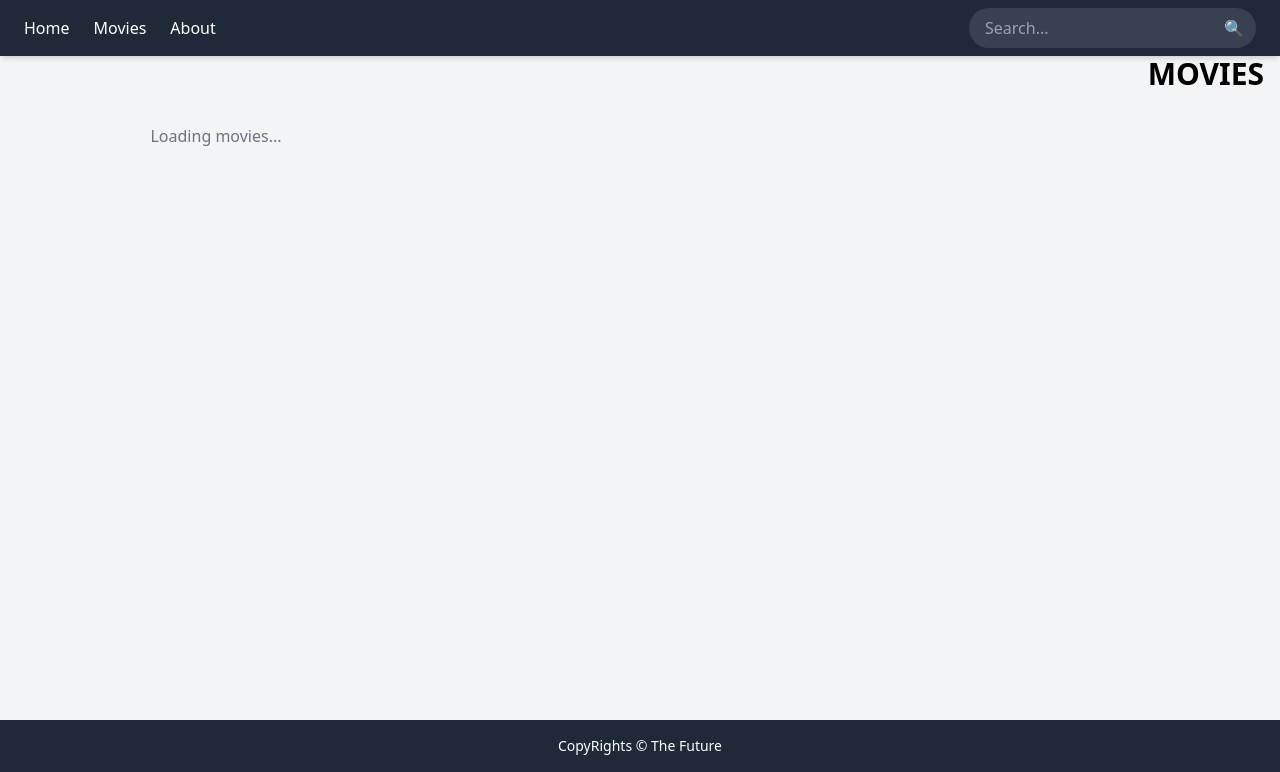
Repository: TheSecretlifeOfX/Movie-Rating
Page: /movies
An editor plug-in stored every save of this project. The page is shown before and after the next save, followed by the edit.
The browser window is 1280 px wide. The pictures show the whole page.
The page's requests for data from a server got no answer. The project was rebuilt for these pictures with package versions that can differ from the ones it lists, and the page was loaded fresh each time. The framework's server and built-in components were replaced by stand-ins that run in the browser. No one was signed in, and anything a server would have sent is missing. Also part of the build but not shown: next.config.ts.

Above is the page before, as saved 2024-11-29 08:46:57.

### app/layout.tsx
import type { Metadata } from "next";
import localFont from "next/font/local";
import "./globals.css";
import NavBar from "./components/NavBar";
import Footer from "./components/Footer";

const geistSans = localFont({
  src: "./fonts/GeistVF.woff",
  variable: "--font-geist-sans",
  weight: "100 900",
});
const geistMono = localFont({
  src: "./fonts/GeistMonoVF.woff",
  variable: "--font-geist-mono",
  weight: "100 900",
});

export const metadata: Metadata = {
  title: "Create Next App",
  description: "Generated by create next app",
};

export default function RootLayout({
  children,
}: Readonly<{
  children: React.ReactNode;
}>) {
  return (
    <html lang="en">
      <body
        className={`${geistSans.variable} ${geistMono.variable} antialiased`}
      >
       <nav>
        <NavBar />
      </nav>
        {children}
        <footer>
        <Footer />
        </footer>
      </body>
    </html>
  );
}

### app/movies/page.tsx
"use client";

import React, { useState, useEffect } from 'react';

export default function Page() {
  const [movies, setMovies] = useState([]); // State to hold movies data

  useEffect(() => {
    // Fetch movies data from an API
    async function fetchMovies() {
      try {
        const response = await fetch('/api/movies'); // Replace with your API endpoint
        const data = await response.json();
        setMovies(data);
      } catch (error) {
        console.error('Error fetching movies:', error);
      }
    }
    fetchMovies();
  }, []);

  return (
    <main className="p-4 bg-gray-100 min-h-screen">
      {/* Heading */}
      <h1 className="text-3xl font-bold text-right mt-10 mb-8">MOVIES</h1>

      {/* Movie List */}
      <div className="grid grid-cols-1 md:grid-cols-2 lg:grid-cols-3 gap-6">
        {movies.length > 0 ? (
          movies.map((movie) => (
            <div key={movie.id} className="bg-white shadow-md rounded-lg p-4">
              {/* Movie Details */}
              <img
                src={movie.image}
                alt={movie.title}
                className="w-full h-48 object-cover rounded-lg mb-4"
              />
              <h3 className="text-xl font-semibold mb-2">{movie.title}</h3>
              <p className="text-gray-700 text-sm mb-4">{movie.description}</p>

              {/* Rating Section */}
              <div className="mb-4">
                <p className="text-gray-800 font-medium">Rating:</p>
                <p className="text-yellow-500">{movie.rating || 'Not rated yet'}</p>
              </div>

              {/* Comments Section */}
              <div>
                <p className="text-gray-800 font-medium mb-2">Comments:</p>
                {movie.comments && movie.comments.length > 0 ? (
                  <ul className="space-y-2">
                    {movie.comments.map((comment, index) => (
                      <li key={index} className="text-gray-700 text-sm">
                        - {comment}
                      </li>
                    ))}
                  </ul>
                ) : (
                  <p className="text-gray-500 text-sm">No comments yet.</p>
                )}
              </div>
            </div>
          ))
        ) : (
          <p className="text-center text-gray-500">Loading movies...</p>
        )}
      </div>
    </main>
  );
}

### app/globals.css
@tailwind base;
@tailwind components;
@tailwind utilities;

/* Background Animation */
@keyframes move-background {
  0% {
    transform: translateX(0) translateY(0);
  }
  50% {
    transform: translateX(-10%) translateY(-10%);
  }
  100% {
    transform: translateX(0) translateY(0);
  }
}

.animate-move-background {
  background-size: 200% 200%;
  animation: move-background 15s infinite alternate linear;
}

/* Slideshow Animation */
@keyframes slide {
  0% {
    transform: translateX(0%);
  }
  33% {
    transform: translateX(-100%);
  }
  66% {
    transform: translateX(-200%);
  }
  100% {
    transform: translateX(0%);
  }
}

.animate-slide {
  animation: slide 10s infinite linear;
}

### app/components/NavBar.tsx
import React from 'react';
import Link from 'next/link'
export default function NavBar() {
  return (
    <nav className="fixed top-0 left-0 w-full bg-gray-800 text-white py-2 px-6 flex justify-between items-center z-50 shadow-md">
      {/* Left: Navigation Links */}
      <div className="flex space-x-6">
        <Link href="/" className="hover:text-gray-400">
          Home
        </Link>
        <Link href="/movies" className="hover:text-gray-400">
          Movies
        </Link>
        <a href="#about" className="hover:text-gray-400">
          About
        </a>
      </div>

      {/* Right: Search Bar */}
      <div className="relative">
        <input
          type="text"
          placeholder="Search..."
          className="pl-4 pr-10 py-2 bg-gray-700 text-white rounded-full outline-none focus:ring-2 focus:ring-purple-500"
        />
        <button
          type="button"
          className="absolute right-3 top-1/2 transform -translate-y-1/2 text-gray-400 hover:text-white"
        >
          🔍
        </button>
      </div>
    </nav>
  );
}

### app/components/Footer.tsx
import React from 'react';

export default function Footer() {
  return (
    <footer className="w-full bg-gray-800 text-white py-4 text-center z-50">
      <p className="text-sm">
        CopyRights © The Future
      </p>
    </footer>
  );
}

Loaded but not shown: tailwind.config.ts (common file)

After the next save:
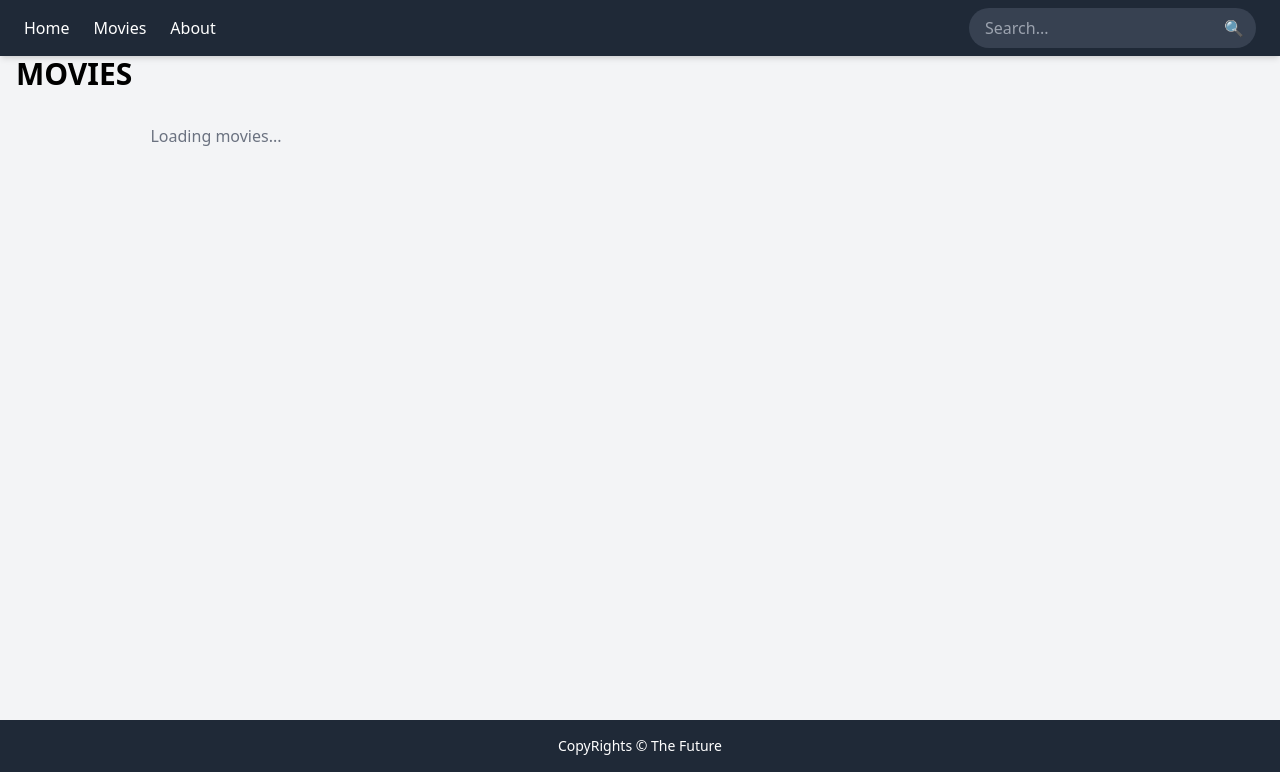
Saved 12 s later.
--- a/app/movies/page.tsx
+++ b/app/movies/page.tsx
@@ -22,7 +22,7 @@ export default function Page() {
   return (
     <main className="p-4 bg-gray-100 min-h-screen">
       {/* Heading */}
-      <h1 className="text-3xl font-bold text-right mt-10 mb-8">MOVIES</h1>
+      <h1 className="text-3xl font-bold text-left mt-10 mb-8">MOVIES</h1>
 
       {/* Movie List */}
       <div className="grid grid-cols-1 md:grid-cols-2 lg:grid-cols-3 gap-6">
